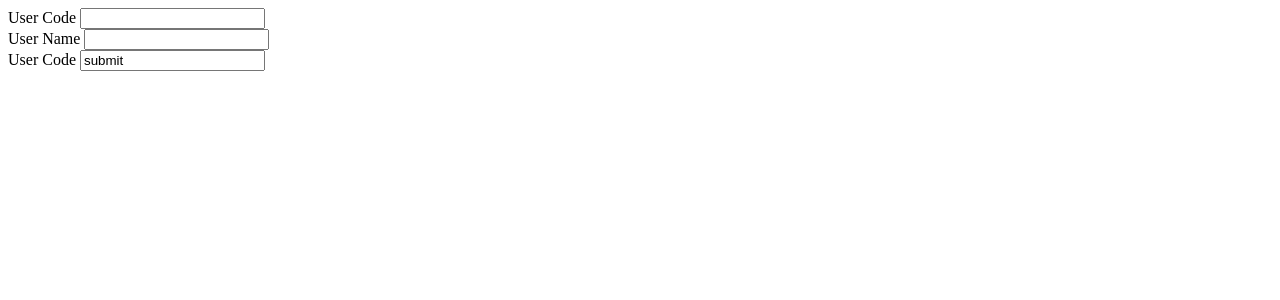
Repository: derekhub/IndiaTrainingProgramProjects
Page: AjaxExample/WebContent/CoreAjax.html
An editor plug-in stored every save of this project. The page is shown before and after the next save, followed by the edit.
The browser window is 1280 px wide. The pictures show the whole page.

Above is the page before, as saved 2016-08-17 05:02:57.

### AjaxExample/WebContent/CoreAjax.html
<!DOCTYPE html>
<html>
<head>
<meta charset="ISO-8859-1">
<title>Using Core Ajax</title>
</head>
<body>

  <section>
    <form action="" >
      <div>
        <label>User Code</label>
        <input type="text" name="code" id="code">
      </div>

      <div>
        <label>User Name</label>
        <input type="text" name="name" id="name">
      </div>

      <div>
        <label>User Code</label>
        <input type="text" value="submit">
      </div>


    </form>

  </section>



</body>
</html>

After the next save:
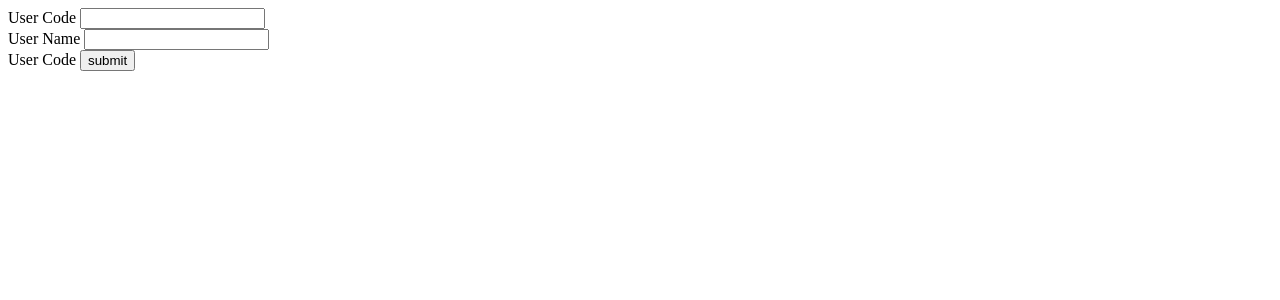
Saved 4 s later.
--- a/AjaxExample/WebContent/CoreAjax.html
+++ b/AjaxExample/WebContent/CoreAjax.html
@@ -20,7 +20,7 @@
 
       <div>
         <label>User Code</label>
-        <input type="text" value="submit">
+        <input type="submit" value="submit">
       </div>
 
 
